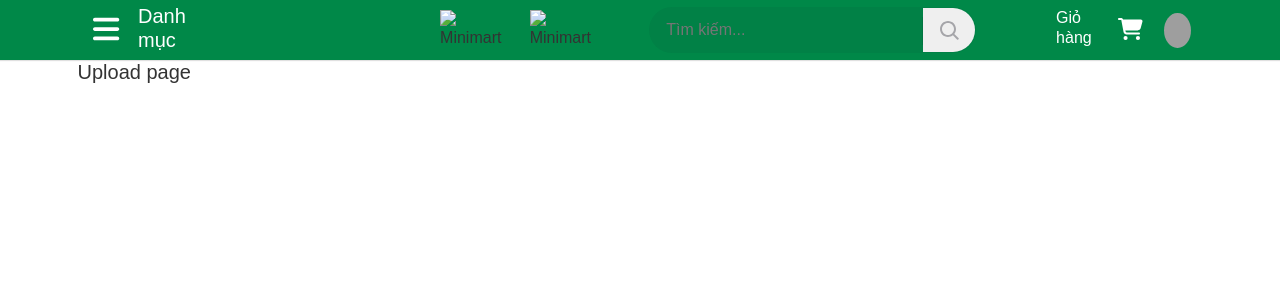
Repository: Duytan05/tiktok-ui
Page: /upload
The author's editor kept a copy of each file at every save. The page is drawn from the files as they stood at one save, then again after the next save.
The browser window is 1280 px wide. The pictures show the whole page.
Pictures or frames that could not be fetched are drawn as grey boxes. Some web fonts or font styles are not loaded; a fallback is used. The project was rebuilt for these pictures with package versions that can differ from the ones it lists, and the page was loaded fresh each time. Also part of the build but not shown: src/component/Button/Button.module.scss, src/component/Popper/Popper.module.scss, src/component/Popper/Menu/Menu.module.scss, src/component/Popper/Menu/Header.js, src/component/AccountItem/AccountItem.module.scss, src/component/AccountItem/index.js, src/component/Layout/components/Cart/CartItem.js, src/component/Layout/components/Container/Container.module.scss and 16 more.

Above is the page before, as saved 2023-05-23 14:17:23.

### public/index.html
<!DOCTYPE html>

<html lang="en">
    <head>
        <link rel="stylesheet" href="https://cdn.jsdelivr.net/npm/bootstrap@5.3.0-alpha1/dist/css/bootstrap.min.css" />
        <meta charset="utf-8" />
        <link rel="icon" href="%PUBLIC_URL%/favicon.ico" />
        <meta name="viewport" content="width=device-width, initial-scale=1" />
        <meta name="theme-color" content="#000000" />
        <meta name="description" content="Web site created using create-react-app" />
        <link rel="apple-touch-icon" href="%PUBLIC_URL%/logo192.png" />

        <!--
      manifest.json provides metadata used when your web app is installed on a
      user's mobile device or desktop. See https://developers.google.com/web/fundamentals/web-app-manifest/
    -->
        <link rel="manifest" href="%PUBLIC_URL%/manifest.json" />

        <!--
      Notice the use of %PUBLIC_URL% in the tags above.
      It will be replaced with the URL of the `public` folder during the build.
      Only files inside the `public` folder can be referenced from the HTML.

      Unlike "/favicon.ico" or "favicon.ico", "%PUBLIC_URL%/favicon.ico" will
      work correctly both with client-side routing and a non-root public URL.
      Learn how to configure a non-root public URL by running `npm run build`.
    -->
        <title>React App</title>
    </head>

    <body>
        <script
            src="https://cdn.jsdelivr.net/npm/bootstrap@5.3.0-alpha1/dist/js/bootstrap.bundle.min.js"
            integrity="sha384-w76AqPfDkMBDXo30jS1Sgez6pr3x5MlQ1ZAGC+nuZB+EYdgRZgiwxhTBTkF7CXvN"
            crossorigin="anonymous"
        ></script>
        <noscript>You need to enable JavaScript to run this app.</noscript>
        <div id="root"></div>
        <!--
      This HTML file is a template.
      If you open it directly in the browser, you will see an empty page.

      You can add webfonts, meta tags, or analytics to this file.
      The build step will place the bundled scripts into the <body> tag.

      To begin the development, run `npm start` or `yarn start`.
      To create a production bundle, use `npm run build` or `yarn build`.
    --></body>
</html>

### src/index.js
import React from 'react';

import ReactDOM from 'react-dom/client';
import App from '~/App';
import reportWebVitals from './reportWebVitals';
import GlobalStyle from '~/component/GlobalStyles';
const root = ReactDOM.createRoot(document.getElementById('root'));
root.render(
    <React.StrictMode>
        <GlobalStyle>
            <App />
        </GlobalStyle>
    </React.StrictMode>,
);

// If you want to start measuring performance in your app, pass a function
// to log results (for example: reportWebVitals(console.log))
// or send to an analytics endpoint. Learn more: https://bit.ly/CRA-vitals
reportWebVitals();

### src/App.js
import { Fragment } from 'react';
import { BrowserRouter as Router, Routes, Route } from 'react-router-dom';
import { publicRoutes } from '~/routers';
import { DefaultLayout } from './component/Layout';
import '../node_modules/bootstrap/dist/css/bootstrap.min.css';
import { CartProvider } from 'react-use-cart';
function App() {
    return (
        <CartProvider>
            <Router>
                <div className="App">
                    <Routes>
                        {publicRoutes.map((route, index) => {
                            const Page = route.component;
                            let Layout = DefaultLayout;
                            if (route.layout) {
                                Layout = route.layout;
                            } else if (route.layout === null) {
                                Layout = Fragment;
                            }
                            return (
                                <Route
                                    key={index}
                                    path={route.path}
                                    element={
                                        <Layout>
                                            <Page />
                                        </Layout>
                                    }
                                />
                            );
                        })}
                    </Routes>
                </div>
            </Router>
        </CartProvider>
    );
}
export default App;

### src/component/GlobalStyles/index.js
import './GlobalStyles.scss';
function GlobalStyle({ children }) {
    return children;
}
export default GlobalStyle;

### src/routers/index.js
//layouts
import { HeaderOnly } from '~/component/Layout';

//pages
import Home from '~/pages/Home';
import Following from '~/pages/Following';
import Profile from '~/pages/Profile';
import Upload from '~/pages/Upload';
import Search from '~/pages/Search';
import Cart from '~/pages/Cart/Cart';

//Public routes
const publicRoutes = [
    { path: '/', component: Home },
    { path: '/folowing', component: Following },
    { path: '/@:nickname', component: Profile },
    { path: '/cart', component: Cart },
    { path: '/upload', component: Upload, layout: HeaderOnly },
    { path: '/search', component: Search, layout: null },
];

const priviteRoutes = [];

export { priviteRoutes, publicRoutes };

### src/component/GlobalStyles/GlobalStyles.scss
@import 'normalize.css';

:root {
    --primary: #fe2c55;
    --black: #000;
    --text-color: #333;
    --white: #fff;
    //Default layout
    --default-layout-header-height: 60px;
    --default-layout-width: 1150px;
    --default-layout-horizontal-spacer: 24px;
}
* {
    margin: 0;
    padding: 0;
    box-sizing: border-box;
}
html {
    font-size: 62.5%;
}
body {
    font-family: 'ProximaNova', sans-serif;
    font-size: 1.6rem;
    line-height: 1.5;
    text-rendering: optimizeSpeed;
    color: var(--text-color);
}
button,
input,
[tabindex] {
    outline: none;
    border: none;
}
a[href] {
    color: var(--text-color);
    text-decoration: none;
}
//Fonst embeded
@font-face {
    font-family: ProximaNova;
    src: url('/assets/fonts/Proxima-Nova-Regular.woff2');
    font-weight: 400;
}
@font-face {
    font-family: ProximaNova;
    src: url('/assets/fonts/Proxima-Nova-Semibold.woff2');
    font-weight: 600;
}
@font-face {
    font-family: ProximaNova;
    src: url('/assets/fonts/Proxima-Nova-Bold.woff');
    font-weight: 700;
}
@font-face {
    font-family: SofiaPro;
    src: url('/assets/fonts/sofiapro-bold.woff2');
    font-weight: 700;
}

//custom tippy tooltip
body {
    .tippy-box {
        border-radius: 8px;
        font-weight: 600;
        font-size: 1.6rem;
        line-height: 2.2rem;
        background-color: rgba(84, 84, 84, 0.92);
    }
    .tippy-content {
        padding: 8px 9px;
    }
    .tippy-arrow {
        color: rgba(84, 84, 84, 0.92);
    }
    .tippy-box[data-placement^='bottom'] > .tippy-arrow:before {
        top: -8px;
    }
}

### src/pages/Upload/index.js
function Upload() {
    return <h2>Upload page </h2>;
}
export default Upload;

### src/component/Layout/HeaderOnly/index.js
import Header from '~/component/Layout/components/Header';

function HeaderOnly({ children }) {
    return (
        <div>
            <Header />
            <div className="container">
                <div className="content">{children}</div>
            </div>
        </div>
    );
}

export default HeaderOnly;

### src/component/Button/index.js
import classNames from 'classnames/bind';
import { Link } from 'react-router-dom';
import styles from './Button.module.scss';

const cx = classNames.bind(styles);

function Button({
    to,
    href,
    primary = false,
    outline = false,
    text = false,
    disabled,
    rounded = false,
    small = false,
    large = false,
    children,
    className,
    leftIcon,
    rightIcon,
    onClick,
    ...passProps
}) {
    let Comp = 'button';

    const props = {
        onClick,
        ...passProps,
    };
    //remove event listener when btn is disabled
    if (disabled) {
        Object.keys(props).forEach((key) => {
            if (key.startsWith('on') && typeof props[key] === 'function') {
                delete props[key];
            }
        });
    }
    if (to) {
        props.to = to;
        Comp = Link;
    } else if (href) {
        props.href = href;
        Comp = 'a';
    }
    const classes = cx('wrapper', {
        [className]: className,
        primary,
        outline,
        text,
        rounded,
        small,
        disabled,
        large,
    });
    return (
        <Comp className={classes} {...props}>
            {leftIcon && <span className={cx('icon')}>{leftIcon}</span>}
            <span className={cx('title')}>{children}</span>
            {rightIcon && <span className={cx('icon')}>{rightIcon}</span>}
        </Comp>
    );
}

export default Button;

### src/component/Layout/components/Header/Header.module.scss
.wrapper {
    --search-border-radius: 92px;
    --search-height: 46px;
    --search-top-spacer: 9px;
    --search-buttom-width: 52px;
    width: 100%;
    height: var(--default-layout-header-height, 60px);
    box-shadow: 0px 1px 1px rgb(0 0 0/ 12%);
    display: flex;
    justify-content: center;
    background-color: #008848;
}

.inner {
    height: 100%;
    width: var(--default-layout-width);
    padding: 0 var(--default-layout-horizontal-spacer);
    display: flex;
    align-items: center;
    justify-content: space-between;
}

.custom-login {
    color: red;
}
//actions
.actions {
    display: flex;
    align-items: center;
}
.more-btn {
    font-size: 2rem;
    margin-left: 28px;
    padding: 4px 8px;
    background-color: transparent;
    cursor: pointer;
}
.action-btn {
    font-size: 2.2rem;
    color: white;
    background-color: transparent;
    padding: 4px 12px;
    cursor: pointer;
}
.user-avatar {
    width: 35px;
    height: 35px;
    object-fit: cover;
    border-radius: 50%;
    margin-left: 10px;
    cursor: pointer;
}
.category {
    width: 45px;
    height: 45px;
    font-size: 30px;
    align-items: center;
    color: white;
    margin-left: 4px;
    cursor: pointer;
}
.font {
    margin-right: 40px;
    font-size: 16px;
    color: white;
}
.logo {
    margin-left: 180px;
    // margin-right: 60px;
}
.map {
    margin-left: 20px;
    margin-right: 50px;
}
.cart {
    font-size: 16px;
    color: white;
    background-color: transparent;
    margin-left: 80px;
}

### src/assets/images/index.js
const images = {
    logo: require('~/assets/images/logo.webp').default,
    noImage: require('~/assets/images/no-image.png'),
};

export default images;

### src/component/Popper/Menu/index.js
import classNames from 'classnames/bind';
import Tippy from '@tippyjs/react/headless';

import { Wrapper as PopperWrapper } from '~/component/Popper';
import styles from './Menu.module.scss';
// import Header from './Header';
import MenuItem from './MenuItem';
import { useState } from 'react';
import Header from './Header';

const cx = classNames.bind(styles);

const defaultfn = () => {};

function Menu({ children, items = [], onChange = defaultfn }) {
    const [history, setHistory] = useState([{ data: items }]);
    const current = history[history.length - 1];

    const renderItems = () => {
        return current.data.map((item, index) => {
            const isParent = !!item.children;
            return (
                <MenuItem
                    key={index}
                    data={item}
                    onClick={() => {
                        if (isParent) {
                            setHistory((prev) => [...prev, item.children]);
                        } else {
                            onChange(item);
                        }
                    }}
                />
            );
        });
    };
    return (
        <Tippy
            interactive
            placement="bottom-start"
            delay={[0, 5000]}
            offset={[0, 0]}
            render={(attrs) => (
                <div className={cx('menu-list')} tabIndex="-1" {...attrs}>
                    <PopperWrapper className={cx('menu-popper')}>
                        {history.length > 1 && (
                            <Header
                                title="Types"
                                onBack={() => {
                                    setHistory((prev) => prev.slice(0, prev.length - 1));
                                }}
                            />
                        )}

                        {renderItems()}
                    </PopperWrapper>
                </div>
            )}
            // set lại giá trị như ban đầu
            onHide={() => setHistory((prev) => prev.slice(0, 1))}
        >
            {children}
        </Tippy>
    );
}

export default Menu;

### src/component/icons/index.js
export const MessengerIcon = (className, width = '2.8rem', height = '2.8rem') => (
    <svg
        class={className}
        width={width}
        data-e2e=""
        height={height}
        viewBox="0 0 48 48"
        fill="currentColor"
        xmlns="http://www.w3.org/2000/svg"
    >
        <path
            fill-rule="evenodd"
            clip-rule="evenodd"
            d="M2.17877 7.17357C2.50304 6.45894 3.21528 6 4.00003 6H44C44.713 6 45.372 6.37952 45.7299 6.99615C46.0877 7.61278 46.0902 8.37327 45.7365 8.99228L25.7365 43.9923C25.3423 44.6821 24.5772 45.0732 23.7872 44.9886C22.9972 44.9041 22.3321 44.3599 22.0929 43.6023L16.219 25.0017L2.49488 9.31701C1.97811 8.72642 1.85449 7.88819 2.17877 7.17357ZM20.377 24.8856L24.531 38.0397L40.5537 10H8.40757L18.3918 21.4106L30.1002 14.2054C30.5705 13.9159 31.1865 14.0626 31.4759 14.533L32.5241 16.2363C32.8136 16.7066 32.6669 17.3226 32.1966 17.612L20.377 24.8856Z"
        ></path>
    </svg>
);

export const InboxIcon = (className, width = '3.2rem', height = '3.2rem') => (
    <svg
        class={className}
        width={width}
        data-e2e=""
        height={height}
        viewBox="0 0 32 32"
        fill="currentColor"
        xmlns="http://www.w3.org/2000/svg"
    >
        <path
            fill-rule="evenodd"
            clip-rule="evenodd"
            d="M24.0362 21.3333H18.5243L15.9983 24.4208L13.4721 21.3333H7.96047L7.99557 8H24.0009L24.0362 21.3333ZM24.3705 23.3333H19.4721L17.2883 26.0026C16.6215 26.8176 15.3753 26.8176 14.7084 26.0026L12.5243 23.3333H7.62626C6.70407 23.3333 5.95717 22.5845 5.9596 21.6623L5.99646 7.66228C5.99887 6.74352 6.74435 6 7.66312 6H24.3333C25.2521 6 25.9975 6.7435 26 7.66224L26.0371 21.6622C26.0396 22.5844 25.2927 23.3333 24.3705 23.3333ZM12.6647 14C12.2965 14 11.998 14.2985 11.998 14.6667V15.3333C11.998 15.7015 12.2965 16 12.6647 16H19.3313C19.6995 16 19.998 15.7015 19.998 15.3333V14.6667C19.998 14.2985 19.6995 14 19.3313 14H12.6647Z"
        ></path>
    </svg>
);
export const SearchIcon = (className, width = '2.4rem', height = '2.4rem') => (
    <svg
        className={className}
        width={width}
        data-e2e=""
        height={height}
        viewBox="0 0 48 48"
        fill="currentColor"
        xmlns="http://www.w3.org/2000/svg"
    >
        <path
            fill-rule="evenodd"
            clip-rule="evenodd"
            d="M22 10C15.3726 10 10 15.3726 10 22C10 28.6274 15.3726 34 22 34C28.6274 34 34 28.6274 34 22C34 15.3726 28.6274 10 22 10ZM6 22C6 13.1634 13.1634 6 22 6C30.8366 6 38 13.1634 38 22C38 25.6974 36.7458 29.1019 34.6397 31.8113L43.3809 40.5565C43.7712 40.947 43.7712 41.5801 43.3807 41.9705L41.9665 43.3847C41.5759 43.7753 40.9426 43.7752 40.5521 43.3846L31.8113 34.6397C29.1019 36.7458 25.6974 38 22 38C13.1634 38 6 30.8366 6 22Z"
        ></path>
    </svg>
);

### src/component/Images/index.js
import classNames from 'classnames';
import { forwardRef, useState } from 'react';
import images from '~/assets/images';
import Styles from './Image.module.scss';
const Image = forwardRef(({ src, alt, className, fallback: customFallback = images.noImage, ...props }, ref) => {
    const [fallback, setFallback] = useState('');

    const handleError = () => {
        setFallback(images.noImage);
    };
    return (
        <img
            className={classNames(Styles.wrapper, className)}
            ref={ref}
            src={fallback || src}
            alt={alt}
            {...props}
            onError={handleError}
        />
    );
});

export default Image;

### src/component/Layout/components/Search/index.js
import { useEffect, useRef, useState } from 'react';

import HeadlessTippy from '@tippyjs/react/headless';
import { FontAwesomeIcon } from '@fortawesome/react-fontawesome';
import { faCircleXmark, faSpinner } from '@fortawesome/free-solid-svg-icons';
import classNames from 'classnames/bind';

import * as request from '~/utills/request';
import { Wrapper as PopperWrapper } from '~/component/Popper';
import { SearchIcon } from '~/component/icons';
import AccountItem from '~/component/AccountItem';
import { useDebounce } from '~/hooks';
import styles from './Search.module.scss';
const cx = classNames.bind(styles);
function Search() {
    const [searchValue, setSearchValue] = useState('');
    const [searchResult, setSearchResult] = useState([]);
    const [showResult, setShowResult] = useState(true);
    const [loading, setLoading] = useState(false);
    const inputRef = useRef();

    const debounced = useDebounce(searchValue, 500);
    useEffect(() => {
        if (!debounced.trim()) {
            setSearchResult([]);
            return;
        }
        setLoading(true);

        const fetchApi = async () => {};
        fetchApi();
        request
            .get(`users/search`, {
                params: {
                    q: debounced,
                    type: 'less',
                },
            })
            // .then((res) => res.json())
            .then((res) => {
                setSearchResult(res.data.data);
                setLoading(false);
            })
            .catch(() => {
                setLoading(false);
            });
    }, [debounced]);
    const handleClear = () => {
        setSearchValue('');
        setSearchResult([]);
        inputRef.current.focus();
    };
    const handleResult = () => {
        setShowResult(false);
    };
    return (
        <HeadlessTippy
            interactive
            // kết quả tìm kiếm lớn hơn 0 mới hiện kết quả
            visible={showResult && searchResult.length > 0}
            render={(attrs) => (
                <div className={cx('search-result')} tabIndex="-1" {...attrs}>
                    <PopperWrapper>
                        <h4 className={cx('search-title')}>Account</h4>
                        {searchResult.map((result) => (
                            <AccountItem key={result.id} data={result} />
                        ))}
                    </PopperWrapper>
                </div>
            )}
            onClickOutside={handleResult}
        >
            <div className={cx('search')}>
                <input
                    ref={inputRef}
                    value={searchValue}
                    placeholder="Tìm kiếm..."
                    spellCheck={false}
                    onChange={(e) => setSearchValue(e.target.value)}
                    onFocus={() => setShowResult(true)}
                />
                {!!searchValue && !loading && (
                    <button className={cx('clear')} onClick={handleClear}>
                        <FontAwesomeIcon icon={faCircleXmark} />
                    </button>
                )}
                {loading && <FontAwesomeIcon className={cx('loading')} icon={faSpinner} />}

                <button className={cx('search-btn')}>
                    <SearchIcon />
                </button>
            </div>
        </HeadlessTippy>
    );
}

export default Search;

### src/component/Popper/Menu/MenuItem.js
import classNames from 'classnames/bind';
import Button from '~/component/Button';
import styles from './Menu.module.scss';

const cx = classNames.bind(styles);

function MenuItem({ data, onClick }) {
    const classes = cx('menu-item', {
        separate: data.separate,
    });
    return (
        <Button className={classes} leftIcon={data.icon} to={data.to} onClick={onClick}>
            {' '}
            {data.title}
        </Button>
    );
}
export default MenuItem;

### src/utills/request.js
import axios from 'axios';

const request = axios.create({
    baseURL: 'https://tiktok.fullstack.edu.vn/api/',
});

export const get = async (path, options = {}) => {
    const response = await request.get();
    return response.data;
};
export default request;

### src/component/Layout/components/Search/Search.module.scss
.search,
.search-result {
    width: 361px;
}
.search {
    position: relative;
    height: var(--search-height);
    padding-left: 16px;
    display: flex;
    background-color: rgb(22, 25, 35, 0.06);
    // cho hình nó cong , tròn lại xíu hhaa
    border-radius: var(--search-border-radius);
    border: 1.5px solid transparent;

    input {
        flex: 1;
        height: 100%;
        color: var(--black);
        font-size: 1.6rem;
        // màu con nháy chuột
        caret-color: var(--primary);
        background-color: transparent;
    }
    input:not(:placeholder-shown) ~ .search-btn {
        color: rgba(22, 24, 35, 0.75);
    }
    &::after {
        content: '';
        position: absolute;
        top: var(--search-top-spacer);
        right: var(--search-buttom-width);
        height: calc(var(--search-height) - var(--search-top-spacer) * 2);
        width: 1px;
        background-color: rgba(22, 24, 35, 0.12);
    }
    &:focus-within {
        border-color: rgba(22, 24, 35, 0.2);
    }
}
.search-title {
    padding: 5px 12px;
    font-size: 1.4rem;
    font-weight: 600;
    color: rgba(22, 24, 35, 0.5);
}
.clear,
.loading {
    position: absolute;
    //căn giữa
    right: calc(var(--search-buttom-width) + 16px);
    top: 50%;
    transform: translateY(-50%);
    color: rgba(22, 24, 35, 0.34);
}
.loading {
    animation: spinner 2s linear infinite;
}

@keyframes spinner {
    from {
        transform: translateY(-50%) rotate(0);
    }
    to {
        transform: translateY(-50%) rotate(360deg);
    }
}
.search-btn {
    width: var(--search-buttom-width);
    height: 100%;
    border-top-right-radius: var(--search-border-radius);
    border-bottom-right-radius: var(--search-border-radius);
    font-size: 1.8rem;
    color: rgba(22, 24, 35, 0.34);
    &:hover {
        cursor: pointer;
        background-color: rgba(22, 24, 35, 0.03);
    }
    &:active {
        background-color: rgba(22, 24, 35, 0.06);
    }
}

### src/component/Popper/Wrapper.js
import classNames from 'classnames/bind';
import styles from './Popper.module.scss';

const cx = classNames.bind(styles);
function Wrapper({ children, className }) {
    return <div className={cx('wrapper', className)}>{children}</div>;
}

export default Wrapper;

### src/hooks/useDebounce.js
import { useState, useEffect } from 'react';

function useDebounce(value, delay) {
    const [debounceValue, setDebounceValue] = useState(value);

    useEffect(() => {
        const handler = setTimeout(() => setDebounceValue(value), delay);

        return () => clearTimeout(handler);
    }, [value]);

    return debounceValue;
}
export default useDebounce;

Loaded but not shown: src/reportWebVitals.js (common file); src/component/Layout/index.js (common file); src/component/Popper/index.js (common file); src/component/Images/Image.module.scss (common file); src/hooks/index.js (common file); src/component/Layout/components/Header/index.js (261 lines, source omitted); src/component/Layout/components/Itemcart/itemcart.module.scss (no stored copy; drawn as an empty file)

After the next save:
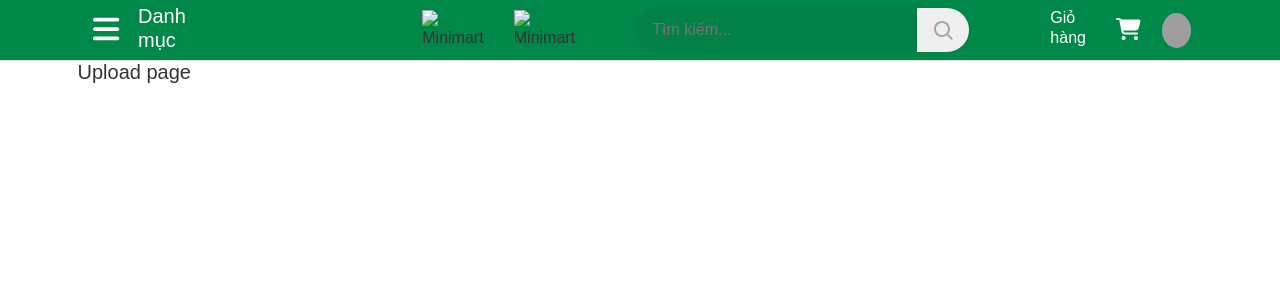
Saved 7 s later.
--- a/src/component/Layout/components/Header/Header.module.scss
+++ b/src/component/Layout/components/Header/Header.module.scss
@@ -65,7 +65,7 @@
     color: white;
 }
 .logo {
-    margin-left: 180px;
+    margin-left: 160px;
     // margin-right: 60px;
 }
 .map {
